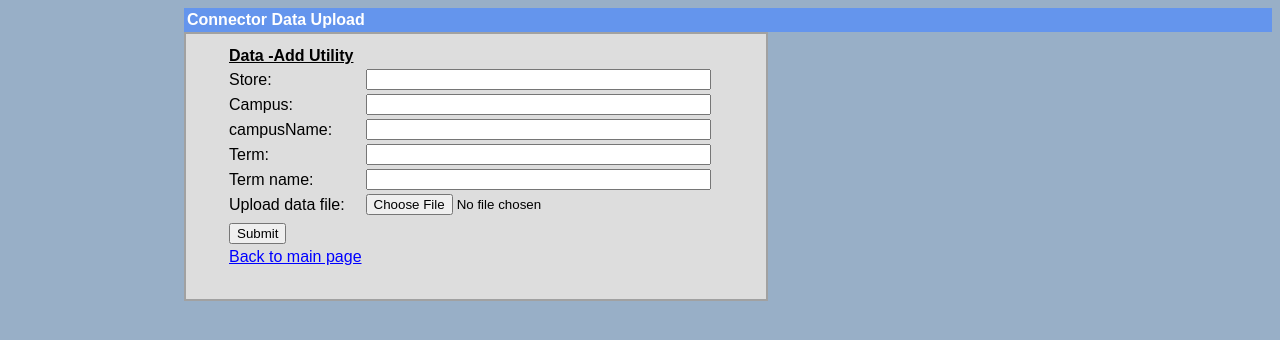
Repository: caditya/Dataupload
Page: http://localhost/connectordata/WEB-INF/views/datainput.jsp
An editor plug-in stored every save of this project. The page is shown before and after the next save, followed by the edit.
The browser window is 1280 px wide. The pictures show the whole page.
Some web libraries are served in a nearby version. The page is served by Tomcat 9. Nobody is signed in. The template is opened directly, without the code that normally fills it, so the values that code supplies are empty.

Above is the page before, as saved 2014-07-21 19:44:56.

After the next save:
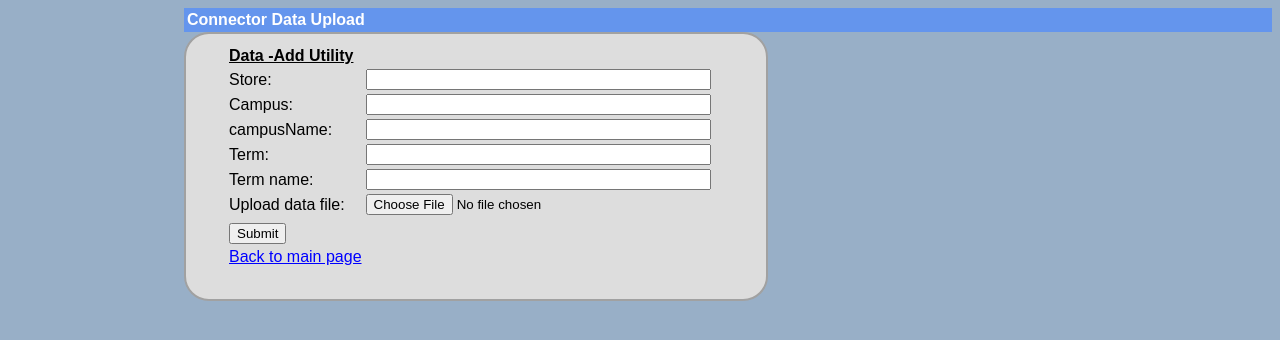
Saved 12 s later.
--- a/QAFileUpload/connectordata/src/main/webapp/resources/css/coffee.css
+++ b/QAFileUpload/connectordata/src/main/webapp/resources/css/coffee.css
@@ -111,5 +111,5 @@ div {
     padding: 10px 40px;
     background: #dddddd;
     width: 500px;
-
+    border-radius: 25px;
 }
